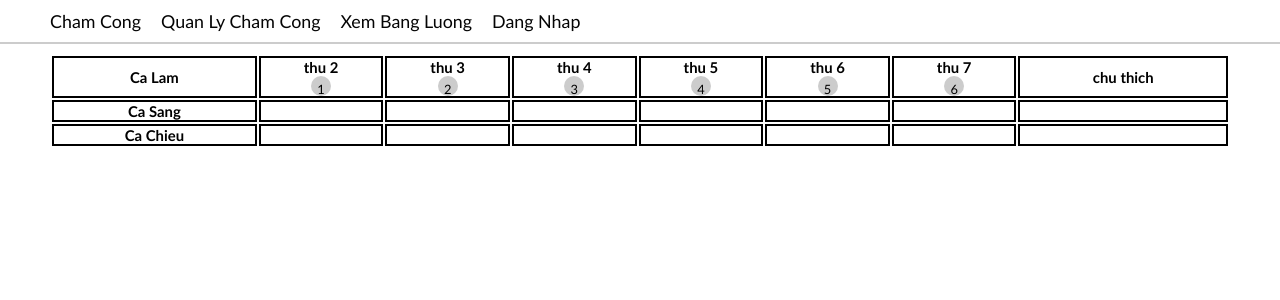
Repository: LDDUNG2003/a
Page: index.html
An editor plug-in stored every save of this project. The page is shown before and after the next save, followed by the edit.
The browser window is 1280 px wide. The pictures show the whole page.

Above is the page before, as saved 2023-10-14 20:12:21.

### index.html
<!DOCTYPE html>
<html lang="en">

<head>
    <meta charset="UTF-8">
    <meta name="viewport" content="width=device-width, initial-scale=1.0">
    <title>trang chu</title>
    <link rel="stylesheet" href="./controlView/css/base.css">
    <link rel="stylesheet" href="./controlView/css/index.css">
</head>

<body>
    <div class="main">
        <!-- start header -->
        <header class="app__header">
            <nav class="navBar">
                <ul class="navBar-list">
                    <li class="navBar--items"><a href="" class="navbar--link">Cham cong</a></li>
                    <li class="navBar--items"><a href="" class="navbar--link">Quan ly cham cong</a></li>
                    <li class="navBar--items">
                        <a href="" class="navbar--link">Xem bang luong</a></li>
                    <!-- login  -->
                    <li class="navBar--items">
                        <a href="./login.html" class="navbar--link">dang nhap</a></li>
                    <!-- admin menu -->
                    <!-- <li class="navBar--items">
                        admin
                        <ul class="account-list">
                            <li class="account--item"><a href="" class="navbar--link">admin</a></li>
                            <li class="account--item"><a href="" class="navbar--link">quan li nhan su</a></li>
                            <li class="account--item"><a href="" class="navbar--link">dang xuat</a></li>
                        </ul>
                    </li> -->
                    <!-- personnel menu -->
                    <!-- <li class="navBar--items">
                        account name
                        <ul class="account-list">
                            <li class="account--item"><a href="" class="navbar--link">cai dat tai khoan</a></li>
                            <li class="account--item"><a href="" class="navbar--link">dang ki ca lam</a></li>
                            <li class="account--item"><a href="" class="navbar--link">dang xuat</a></li>
                        </ul>
                    </li> -->
                </ul>
            </nav>
        </header>
        <!-- end header -->

        <!-- start content -->
        <div class="app__content">
            <table class="content-table">
                <tr class="table--row">
                    <th class="table--item-impotain">Ca Lam</th>
                    <th class="table--item">thu 2
                        <span class="table-date--item">1</span>
                    </th>
                    <th class="table--item">thu 3
                        <span class="table-date--item">2</span>
                    </th>
                    <th class="table--item">thu 4
                        <span class="table-date--item">3</span>
                    </th>
                    <th class="table--item">thu 5
                        <span class="table-date--item">4</span>
                    </th>
                    <th class="table--item">thu 6
                        <span class="table-date--item">5</span>
                    </th>
                    <th class="table--item">thu 7
                        <span class="table-date--item">6</span>
                    </th>
                    <th class="table--item">chu thich</th>
                </tr>
                <tr class="table--row">
                    <th class="table--item-impotain">Ca sang</th>
                    <th class="table--item"></th>
                    <th class="table--item"></th>
                    <th class="table--item"></th>
                    <th class="table--item"></th>
                    <th class="table--item"></th>
                    <th class="table--item"></th>
                    <th class="table--item"></th>
                </tr>
                <tr class="table--row">
                    <th class="table--item-impotain">Ca chieu</th>
                    <th class="table--item"></th>
                    <th class="table--item"></th>
                    <th class="table--item"></th>
                    <th class="table--item"></th>
                    <th class="table--item"></th>
                    <th class="table--item"></th>
                    <th class="table--item"></th>
                </tr>
            </table>
        </div>
        <!-- end content -->
    </div>
</body>

</html>

### controlView/css/base.css
:root {
    --primary-color: #0066cc;
    --text-color: #040404;
}

* {
    padding: 0px;
    margin: 0px;
    font-family: 'Trebuchet MS', 'Lucida Sans Unicode', 'Lucida Grande', 'Lucida Sans', Arial, sans-serif;
}

html,
body {
    font-size: 0.62rem;
}

.main {}

.app__header {
    width: 100%;
    border-bottom: solid 2px #ccc;
    background-color: #fff;
}

.navBar {
    width: 100%;
    max-width: 1200px;
    margin: auto;
    cursor: pointer;
}

.navBar-list {
    display: flex;
    list-style: none;
}

.navBar--items {
    padding: 10px 10px;
    font-size: 1.8rem;
    position: relative;
    text-transform: capitalize;
    color: var(--text-color);
}

.navBar--items::after {
    content: '';
    padding-top: 5px;
    top: 80%;
    left: 10px;
    display: none;
    /* width: 0px; */
    background-color: var(--primary-color);
    position: absolute;
    width: 70px;
}

.navBar--items:hover .navBar--items::after {
    display: block;
}

.navbar--link {
    text-decoration: none;
    color: inherit;
}

.account-list {
    position: absolute;
    width: 150px;
    display: none;
    list-style: none;
    padding: 4px;
    color: var(--text-color);
    top: 100%;
    left: 0px;
    box-shadow: #414141;
    background-color: white;
}

.navBar--items:hover .account-list {
    display: block;
}

.account--item {
    padding: 5px 0px;
    border-bottom: solid 1px #ccc;
}

### controlView/css/index.css
.app__content {
    width: 100%;
    max-width: 1200px;
    margin: auto;
}

.content-table {
    padding: 10px;
    width: 100%;
    font-size: 1.5rem;
}

.table--row {}

.table--item {
    border: solid 2px #000;
    align-items: center;
}

.table--item-impotain {
    border: solid 2px #000;
    text-transform: capitalize;
}

.table-date--item {
    display: block;
    font-weight: 300;
    background-color: #ccc;
    font-size: 1.3rem;
    width: 10px;
    height: 10px;
    padding: 5px;
    border-radius: 50%;
    margin: auto;
}

After the next save:
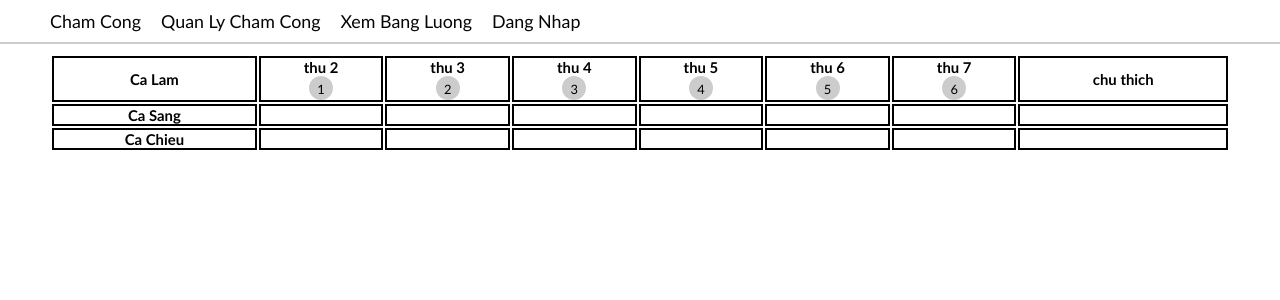
Saved 52 s later.
--- a/controlView/css/index.css
+++ b/controlView/css/index.css
@@ -27,8 +27,8 @@
     font-weight: 300;
     background-color: #ccc;
     font-size: 1.3rem;
-    width: 10px;
-    height: 10px;
+    width: 14px;
+    height: 14px;
     padding: 5px;
     border-radius: 50%;
     margin: auto;
